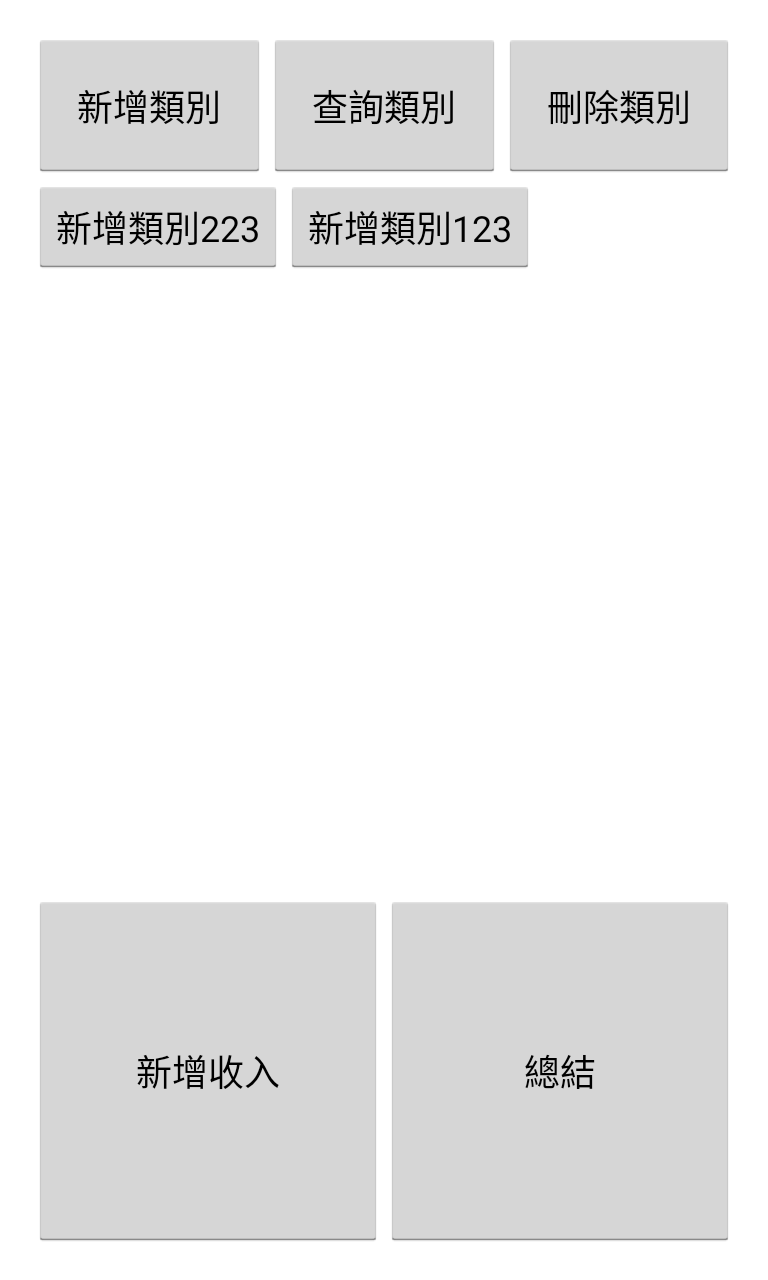
Repository: rayyrayy/Android-app-project
Layout: flashaccounting/easy money manager/res/layout/activity_main.xml
The author's editor kept a copy of each file at every save. The layout is drawn from the files as they stood at one save, then again after the next save.
It is drawn on a 768 x 1280 px phone screen (xhdpi) without system bars, with theme AppTheme; the app's code is not run.

Above is the layout before, as saved 2014-11-04 07:04:44.

### flashaccounting/easy money manager/res/layout/activity_main.xml
<RelativeLayout xmlns:android="http://schemas.android.com/apk/res/android"
    xmlns:tools="http://schemas.android.com/tools"
    android:layout_width="fill_parent"
    android:layout_height="fill_parent"
    android:paddingBottom="@dimen/activity_vertical_margin"
    android:paddingLeft="@dimen/activity_horizontal_margin"
    android:paddingRight="@dimen/activity_horizontal_margin"
    android:paddingTop="@dimen/activity_vertical_margin"
    tools:context="com.example.easymoneymanager.MainActivity" >

    <LinearLayout
    android:layout_width="fill_parent"
   	android:layout_height="fill_parent"
	android:orientation="vertical">

   <LinearLayout
    android:layout_width="fill_parent"
   	android:layout_height="wrap_content"
   	android:layout_weight="1"
   	android:orientation="horizontal">

   	    <LinearLayout
    	android:layout_width="fill_parent"
   		android:layout_height="fill_parent"
   		android:layout_weight="1"
   		android:orientation="horizontal">

    		<Button
        	android:id="@+id/AddClass"
        	android:layout_width="fill_parent"
        	android:layout_height="fill_parent"
        	android:text="新增類別" />

		</LinearLayout>

   		<LinearLayout
       	android:layout_width="fill_parent"
   		android:layout_height="fill_parent"
   		android:layout_weight="1"
   		android:orientation="horizontal">

   		    <Button
        	android:id="@+id/button1"
        	android:layout_width="fill_parent"
        	android:layout_height="fill_parent"
        	android:onClick="querytable"
        	android:text="查詢類別" />

    	</LinearLayout>

   		<LinearLayout
       	android:layout_width="fill_parent"
   		android:layout_height="fill_parent"
   		android:layout_weight="1"
   		android:orientation="horizontal">

    		<Button
        	android:id="@+id/DelClass"
        	android:layout_width="fill_parent"
        	android:layout_height="fill_parent"
        	android:onClick="DelClass"
        	android:text="刪除類別" />

  	  	</LinearLayout>

	</LinearLayout>

   	<LinearLayout
    android:layout_width="fill_parent"
    android:layout_height="wrap_content"
   	android:layout_weight="12"
   	android:orientation="horizontal">

	    <GridLayout
  	      android:id="@+id/gridLayout1"
	      android:layout_width="fill_parent"
 	      android:layout_height="fill_parent"
 	      android:columnCount="3"
  	      android:orientation="horizontal"
  	      android:rowCount="3" >

	        <Button
        	android:id="@+id/AddClass223"
        	android:layout_width="wrap_content"
        	android:layout_height="wrap_content"
        	android:layout_gravity="fill"
        	android:text="新增類別223" />

	        <Button
        	android:id="@+id/AddClass123"
        	android:layout_width="wrap_content"
        	android:layout_height="wrap_content"
        	android:layout_gravity="fill"
        	android:text="新增類別123" />

 	   </GridLayout>

    </LinearLayout>


   	<LinearLayout
    android:layout_width="fill_parent"
    android:layout_height="wrap_content"
   	android:layout_weight="5"
   	android:orientation="horizontal">

   	    <LinearLayout
       	android:layout_width="fill_parent"
   		android:layout_height="fill_parent"
   		android:layout_weight="1"
   		android:orientation="horizontal">

  			<Button
        	android:id="@+id/button3"
        	android:layout_width="fill_parent"
        	android:layout_height="fill_parent"
        	android:text="新增收入" />

  		</LinearLayout>

   	    <LinearLayout
       	android:layout_width="fill_parent"
   		android:layout_height="fill_parent"
   		android:layout_weight="1"
   		android:orientation="horizontal">

  			<Button
        	android:id="@+id/button4"
        	android:layout_width="fill_parent"
        	android:layout_height="fill_parent"
        	android:text="總結" />

  		</LinearLayout>
    </LinearLayout>

   	</LinearLayout>
</RelativeLayout>

Loaded but not shown: flashaccounting/easy money manager/res/values/styles.xml (common file); flashaccounting/easy money manager/res/values-v11/styles.xml (common file); flashaccounting/easy money manager/res/values-v14/styles.xml (common file); flashaccounting/easy money manager/res/values/dimens.xml (common file); flashaccounting/easy money manager/res/values-w820dp/dimens.xml (common file)

After the next save:
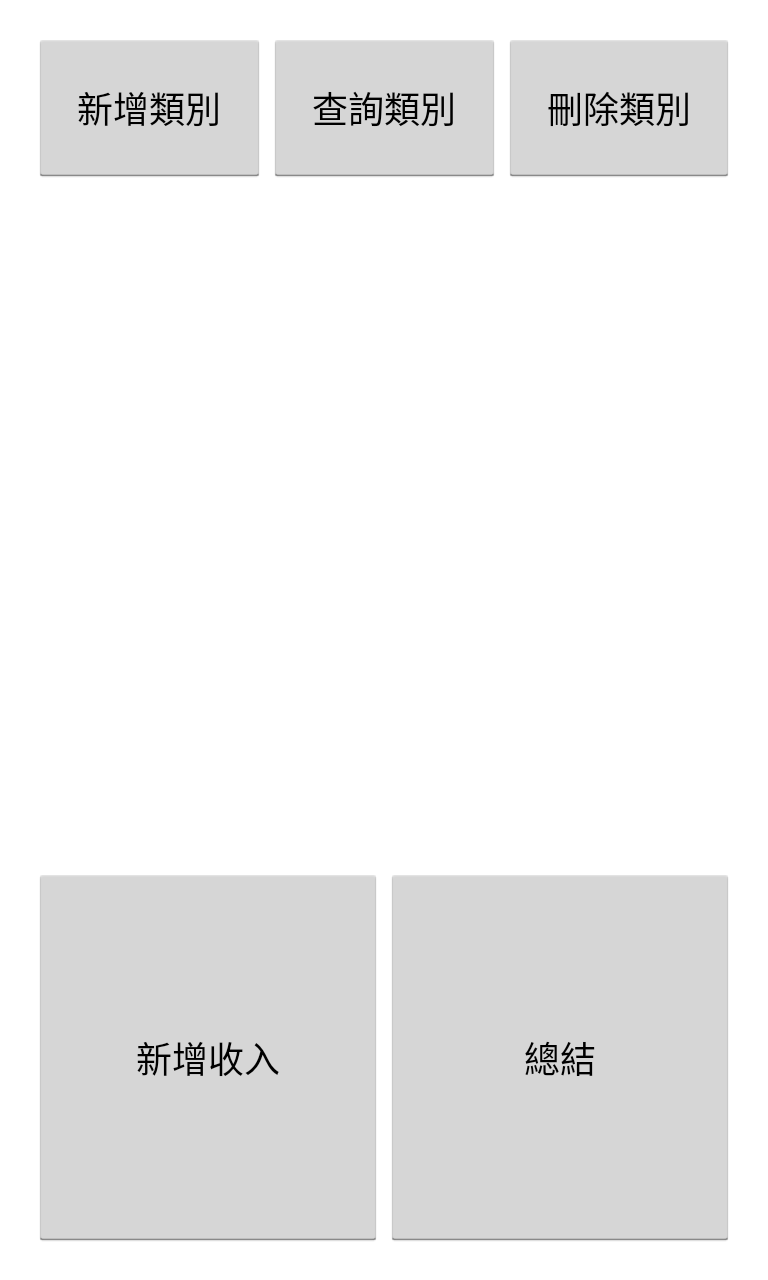
Saved 32 min 27 s later.
--- a/flashaccounting/easy money manager/res/layout/activity_main.xml
+++ b/flashaccounting/easy money manager/res/layout/activity_main.xml
@@ -79,19 +79,6 @@
   	      android:orientation="horizontal"
   	      android:rowCount="3" >
 
-	        <Button
-        	android:id="@+id/AddClass223"
-        	android:layout_width="wrap_content"
-        	android:layout_height="wrap_content"
-        	android:layout_gravity="fill"
-        	android:text="新增類別223" />
-
-	        <Button
-        	android:id="@+id/AddClass123"
-        	android:layout_width="wrap_content"
-        	android:layout_height="wrap_content"
-        	android:layout_gravity="fill"
-        	android:text="新增類別123" />
 
  	   </GridLayout>
 
